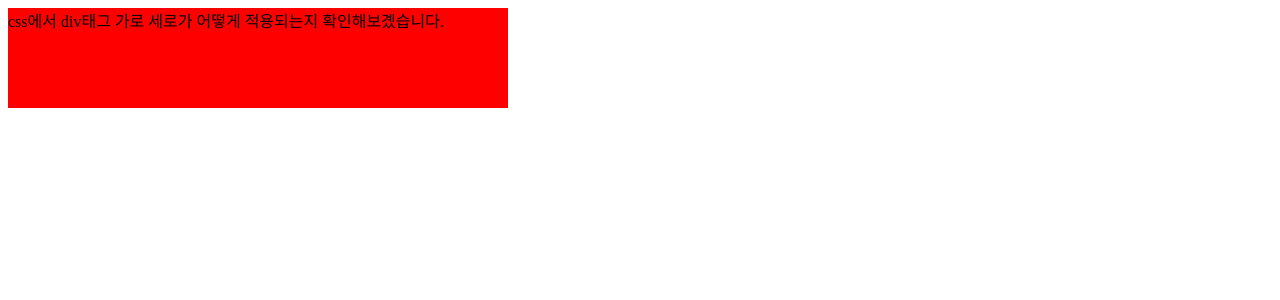
Repository: jeemaru/htme_01
Page: css_02/ex_01.html
These files come from the project's save history. The page is drawn as it stood at one moment and after the next save; the edit follows.
The browser window is 1280 px wide. The pictures show the whole page.

Above is the page before, as saved 2022-04-07 01:06:01.

After the next save:
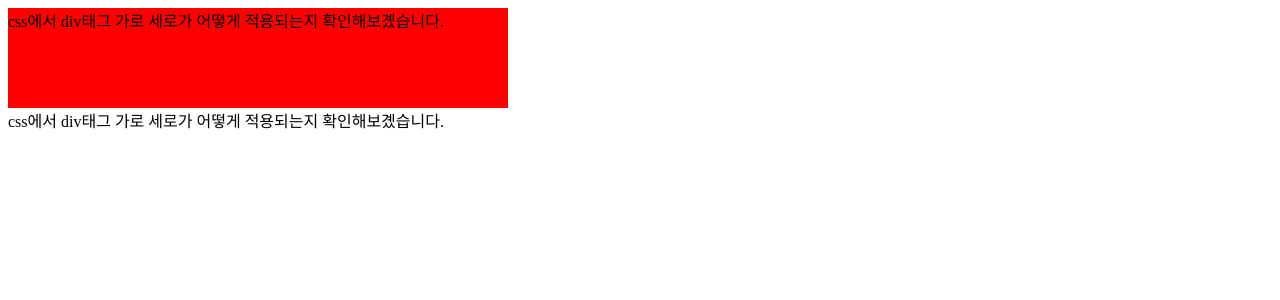
Saved 62 s later.
--- a/css_02/ex_01.html
+++ b/css_02/ex_01.html
@@ -11,7 +11,7 @@
         	.box-red {background-color: #ff0000;
         			  width: 500px;
         			  height: 100px;}
-
+        	.box-blue {}
 
         </style>
 
@@ -23,6 +23,10 @@
 			css에서 div태그 가로 세로가 어떻게 적용되는지 확인해보곘습니다.
 		</div>
 
+		<div>
+			css에서 div태그 가로 세로가 어떻게 적용되는지 확인해보곘습니다.
+		</div>
+
     </body>
 
 </html>
